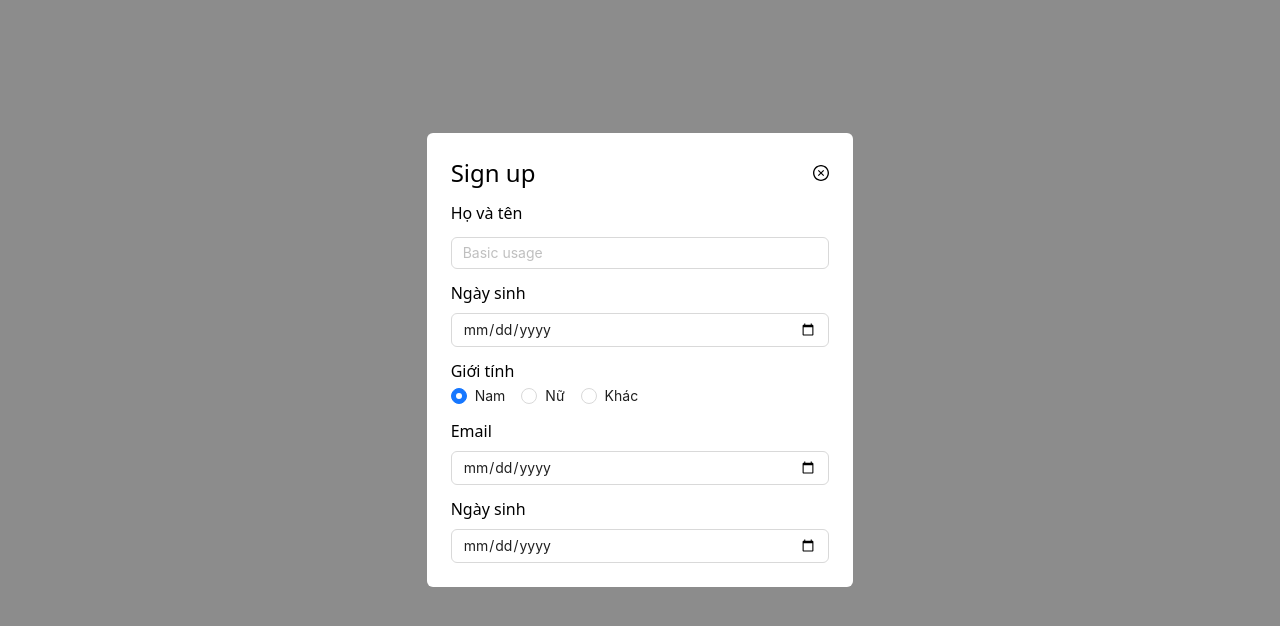
Repository: TinhTT336/MD02_Session14
Page: / (app in client/)
These files come from the project's save history. The page is drawn as it stood at one moment and after the next save; the edit follows.
The browser window is 1280 px wide. The pictures show the whole page.
The project was rebuilt for these pictures with package versions that can differ from the ones it lists, and the page was loaded fresh each time. Also part of the build but not shown: client/vite.config.js, client/src/firebase/configFirebase.js, client/src/components/UploadSingleFile.jsx, client/src/components/register/register.css, client/src/components/register/Register.jsx, client/src/components/register/RegisterWithImg.jsx.

Above is the page before, as saved 2023-09-14 14:18:16.

### client/index.html
<!DOCTYPE html>
<html lang="en">
  <head>
    <meta charset="UTF-8" />
    <link rel="icon" type="image/svg+xml" href="/vite.svg" />
    <meta name="viewport" content="width=device-width, initial-scale=1.0" />
    <title>Vite + React</title>
    <!-- <link
      href="https://cdn.jsdelivr.net/npm/bootstrap@5.0.2/dist/css/bootstrap.min.css"
      rel="stylesheet"
      integrity="sha384-EVSTQN3/azprG1Anm3QDgpJLIm9Nao0Yz1ztcQTwFspd3yD65VohhpuuCOmLASjC"
      crossorigin="anonymous"
    />
    <link
      rel="stylesheet"
      href="https://cdnjs.cloudflare.com/ajax/libs/font-awesome/6.4.2/css/all.min.css"
      integrity="sha512-z3gLpd7yknf1YoNbCzqRKc4qyor8gaKU1qmn+CShxbuBusANI9QpRohGBreCFkKxLhei6S9CQXFEbbKuqLg0DA=="
      crossorigin="anonymous"
      referrerpolicy="no-referrer"
    /> -->
  </head>
  <body>
    <div id="root"></div>
    <script type="module" src="/src/main.jsx"></script>
  </body>
</html>

### client/src/App.jsx

import './App.css'
import UploadSingleFile from './components/UploadSingleFile'
import Register from './components/register/Register'
import RegisterWithImg from './components/register/RegisterWithImg'
import Signup from './components/signup/Signup'

function App() {

  return (
    <>
      {/* <UploadSingleFile /> */}
      {/* <Register /> */}
      {/* <RegisterWithImg /> */}
      <Signup />
    </>
  )
}

export default App

### client/src/components/signup/Signup.jsx
import React, { useState } from 'react';
import { CloseCircleOutlined } from "@ant-design/icons";
import { Input, Radio } from 'antd';

export default function Signup() {
    const [value, setValue] = useState(1);
    const onChange = (e) => {
        console.log('radio checked', e.target.value);
        setValue(e.target.value);
    };
    return (
        <>
            <div className='fixed top-0 left-0 right-0 bottom-0 flex items-center justify-center bg-rgba-black'>
                <form className='bg-white p-6 rounded-md w-2/6'>
                    <div className='flex items-center justify-between'>
                        <h3 className='text-2xl'>Sign up</h3>
                        <CloseCircleOutlined className='cursor-pointer hover:bg-slate-300 rounded-full' />
                    </div>
                    <div className='mt-3'>
                        <label htmlFor="name">Họ và tên</label>
                        <Input placeholder="Basic usage" className='mt-3' name='name' id='name' />
                    </div>
                    <div className='mt-3'>
                        <label htmlFor="dateOfBirth">Ngày sinh</label>
                        <Input placeholder="Basic usage" className='mt-2' name='dateOfBirth' id='dateOfBirth' type='date' />
                    </div>
                    <div className='mt-3'>
                        <label htmlFor="dateOfBirth">Giới tính</label>
                        <div>
                            <Radio.Group onChange={onChange} value={value}>
                                <Radio value={1}>Nam</Radio>
                                <Radio value={2}>Nữ</Radio>
                                <Radio value={3}>Khác</Radio>
                            </Radio.Group>
                        </div>
                    </div>
                    <div className='mt-3'>
                        <label htmlFor="email">Email</label>
                        <Input placeholder="Basic usage" className='mt-2' name='email' id='email' type='date' />
                    </div>
                    <div className='mt-3'>
                        <label htmlFor="name">Ngày sinh</label>
                        <Input placeholder="Basic usage" className='mt-2' name='name' id='name' type='date' />
                    </div>
                </form>
            </div>

        </>
    )
}

### client/tailwind.config.js
/** @type {import('tailwindcss').Config} */
export default {
  content: ["./index.html", "./src/**/*.{js,ts,jsx,tsx}"],
  theme: {
    extend: {
      backgroundColor: {
        "rgba-black": "rgba(0,0,0,0.45)",
      },
    },
  },
  plugins: [],
};

Loaded but not shown: client/src/main.jsx (common file); client/src/index.css (common file); client/src/App.css (common file)

After the next save:
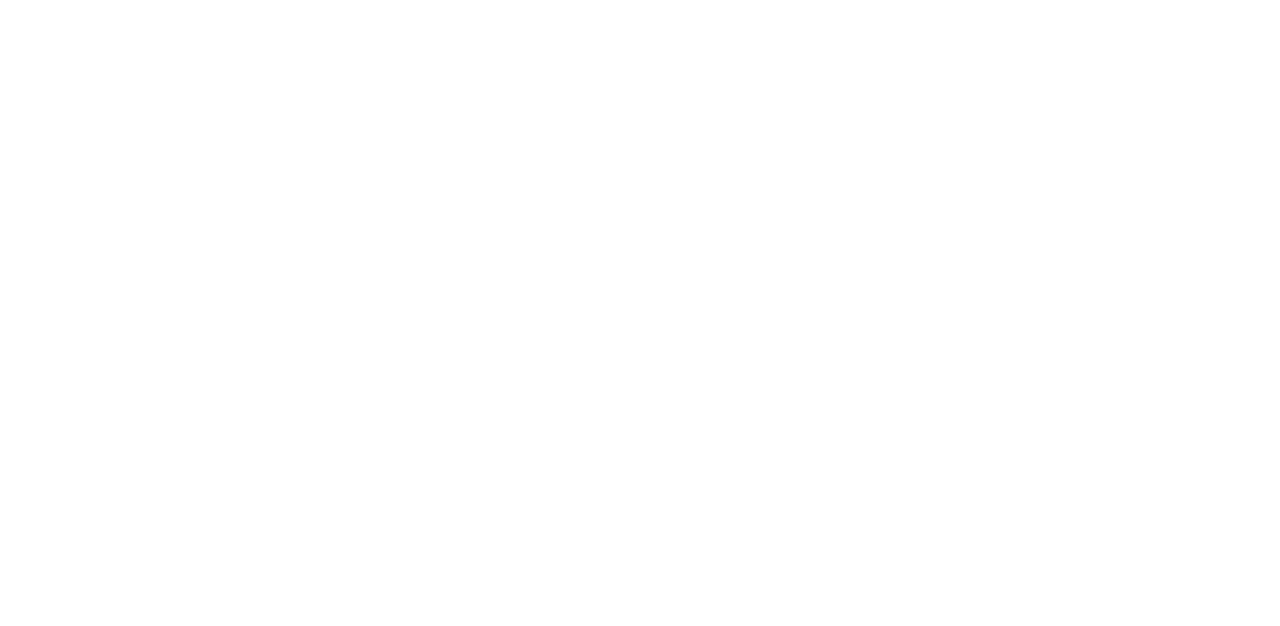
Console error: ReferenceError: value is not defined
Saved 27 s later.
--- a/client/src/components/signup/Signup.jsx
+++ b/client/src/components/signup/Signup.jsx
@@ -3,7 +3,7 @@
 import { Input, Radio } from 'antd';
 
 export default function Signup() {
-    const [value, setValue] = useState(1);
+    const [gender, setGender] = useState(1);
     const onChange = (e) => {
         console.log('radio checked', e.target.value);
         setValue(e.target.value);
@@ -28,9 +28,9 @@
                         <label htmlFor="dateOfBirth">Giới tính</label>
                         <div>
                             <Radio.Group onChange={onChange} value={value}>
-                                <Radio value={1}>Nam</Radio>
-                                <Radio value={2}>Nữ</Radio>
-                                <Radio value={3}>Khác</Radio>
+                                <Radio gender={1}>Nam</Radio>
+                                <Radio gender={2}>Nữ</Radio>
+                                <Radio gender={3}>Khác</Radio>
                             </Radio.Group>
                         </div>
                     </div>

After the save that followed:
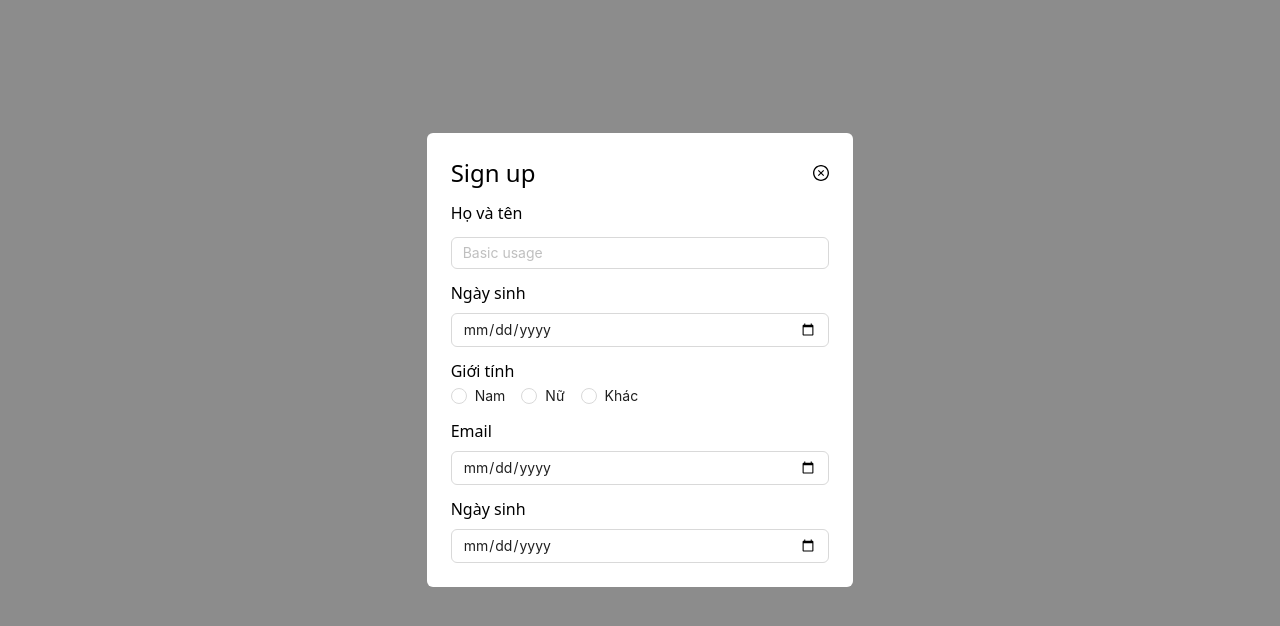
The error is gone.
Saved 5 s later.
--- a/client/src/components/signup/Signup.jsx
+++ b/client/src/components/signup/Signup.jsx
@@ -27,7 +27,7 @@
                     <div className='mt-3'>
                         <label htmlFor="dateOfBirth">Giới tính</label>
                         <div>
-                            <Radio.Group onChange={onChange} value={value}>
+                            <Radio.Group onChange={onChange} value={gender}>
                                 <Radio gender={1}>Nam</Radio>
                                 <Radio gender={2}>Nữ</Radio>
                                 <Radio gender={3}>Khác</Radio>
